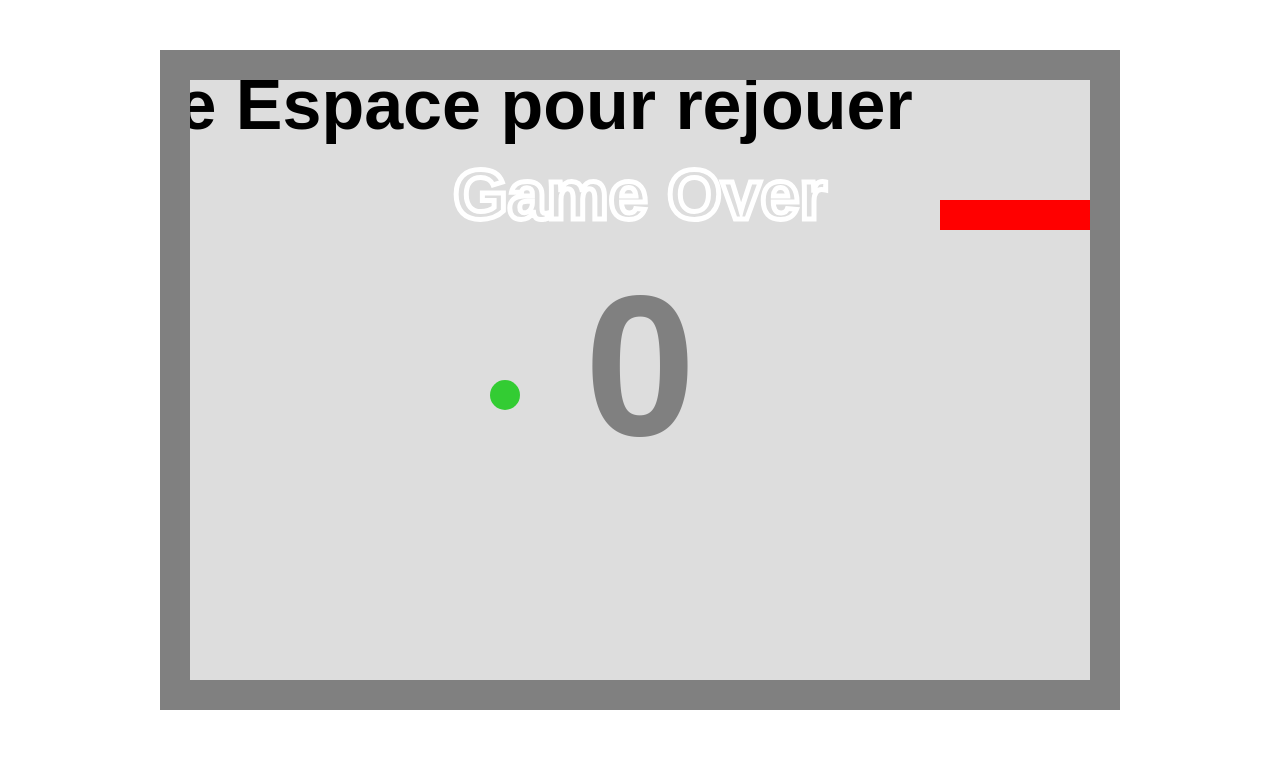
Repository: laben35/snake
Page: index.html
The author's editor kept a copy of each file at every save. The page is drawn from the files as they stood at one save, then again after the next save.
The browser window is 1280 px wide. The pictures show the whole page.

Above is the page before, as saved 2019-12-08 19:18:34.

After the next save:
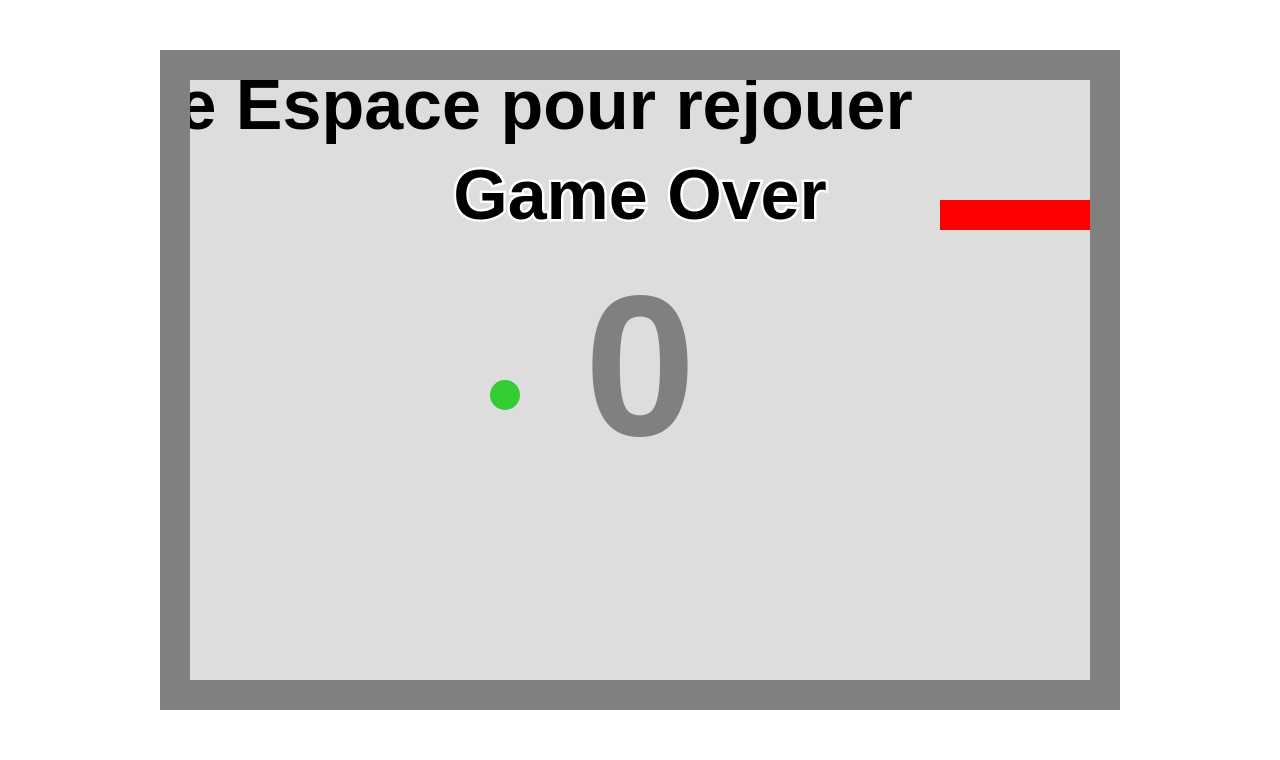
Saved 35 s later.
--- a/script.js
+++ b/script.js
@@ -71,7 +71,7 @@ window.onload = function()
         var centreX = canvasWidth / 2;
         var centreY = canvasHeight / 2;
         ctx.strokeText("Game Over", centreX, centreY -180);  //pour le stroke -180 cad un petit peu au-dessus du 0
-
+        ctx.fillText("Game Over", centreX, centreY -180);
         ctx.fillText("Appuyer sur la touche Espace pour rejouer", 5, 30);
         ctx.restore();
     }
